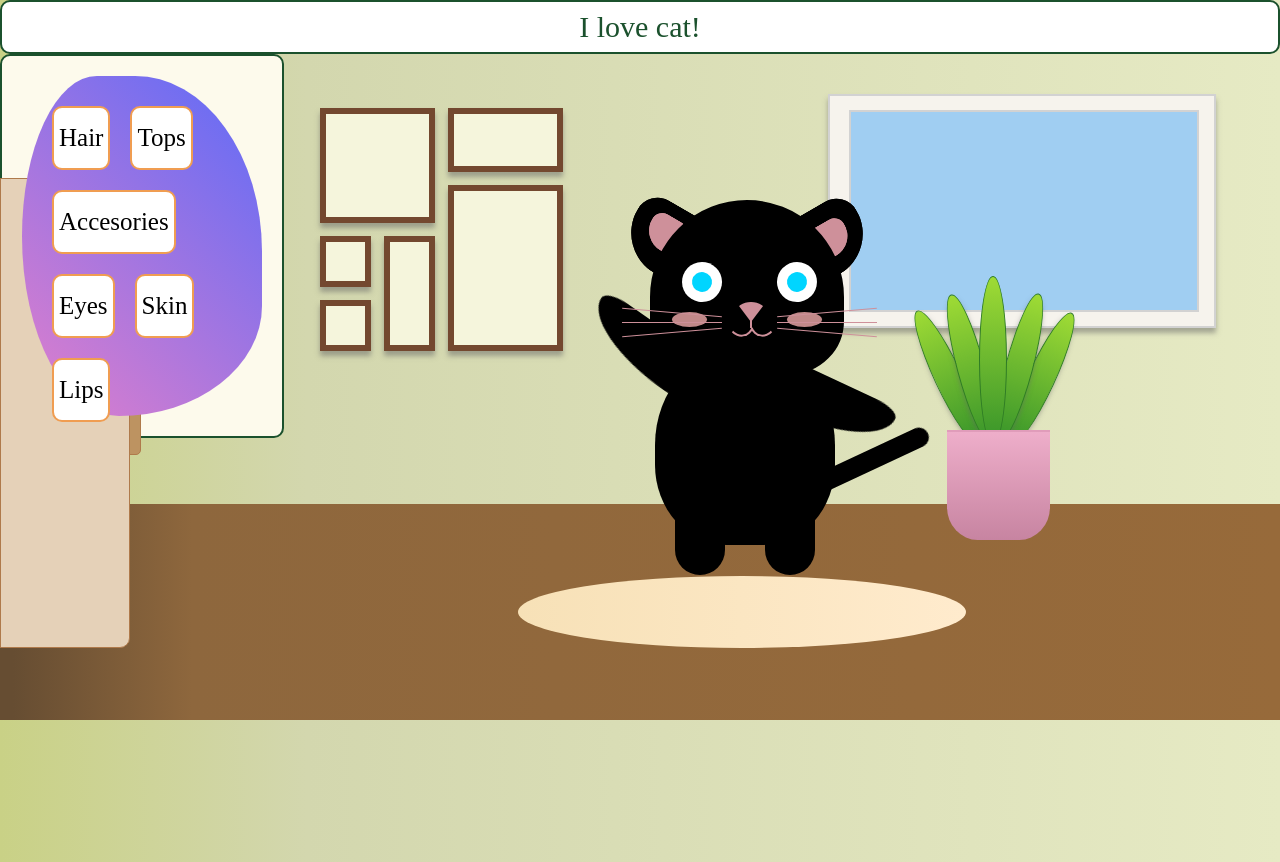
Repository: SandyLy453/COMP-2170-team-project
Page: index.html
These files come from the project's save history. The page is drawn as it stood at one moment and after the next save; the edit follows.
The browser window is 1280 px wide. The pictures show the whole page.

Above is the page before, as saved 2024-05-04 04:06:37.

### index.html
<!DOCTYPE html>
<html lang="en">
<head>
    <meta charset="UTF-8">
    <meta name="viewport" content="width=device-width, initial-scale=1.0">
    <title>Team Project: Doll Dress-Up Game</title>
    <link rel="stylesheet" href="styles.css" />
</head>
<body>
    <main class="main-area">
        <div class="background">
            <div class="floor"></div>
            <div class="closet">
                <div class="openner"></div>
            </div>
            <div class="carpet"></div>
            <div class="window">
                <div class="outside"></div>
            </div>
            <div class="plantPot">
                <div class="leaves">
                    <div class="plant"></div>
                    <div class="plant-left-one"></div>
                    <div class="plant-right-one"></div>
                    <div class="plant-left-two"></div>
                    <div class="plant-right-two"></div>
                </div>
                <div class="pot"></div>
            </div>
            <div class="picturesCombo">
                <div class="pictures-one">
                    <div class="pic-one"></div>
                </div>
                <div class="pictures-two">
                    <div class="pic-two"></div>
                </div>
                <div class="pictures-three">
                    <div class="pic-three"></div>
                </div>
                <div class="pictures-four">
                    <div class="pic-four"></div>
                </div>
                <div class="pictures-five">
                    <div class="pic-five"></div>
                </div>
                <div class="pictures-six">
                    <div class="pic-six"></div>
                </div>
            </div>
        </div>

        <div class="character">
            <div class="cat">
                <div class="cat-head">
                    <div class="ears">

                        <div class="left-ear">
                            <div class="left-inner-ear">
                            </div>
                        </div>

                        <div class="right-ear">
                            <div class="right-inner-ear">
                            </div>
                        </div>
                    </div>

                    <div class="cat-eyes">
                        <div class="left-eye">
                            <div class="left-inner-eye">
                            </div>
                        </div>
                        <div class="right-eye">
                            <div class="right-inner-eye">
                            </div>
                        </div>
                    </div>
                    <div class="blush">
                        <div class="left-blush"></div>
                        <div class="right-blush"></div>
                    </div>

                    <div class="cat-nose"></div>

                    <div class="cat-mouth">
                        <div class="middle-line"></div>
                        <div class="left-line"></div>
                        <div class="right-line"></div>
                    </div>

                    <div class="cat-whiskers-left">
                        <div class="whisker-left-top"></div>
                        <div class="whisker-left-middle"></div>
                        <div class="whisker-left-bottom"></div>
                    </div>
                    <div class="cat-whiskers-right">
                        <div class="whisker-right-top"></div>
                        <div class="whisker-right-middle"></div>
                        <div class="whisker-right-bottom"></div>
                    </div>
                </div>

                <div class="cat-body">
                    <div class="arm left-arm"></div>
                    <div class="arm right-arm"></div>
                    <div class="foot left-foot"></div>
                    <div class="foot right-foot"></div>
                    <div class="tail"></div>
                </div>
            </div>
        </div>
        <div class="heading">I love cat!</div>
    <div class="choose">
    <div class="shape">
        <button type="button" class="b" onclick="chngehair()">Hair</button>
        <button type="button" class="b" onclick="chngetop()">Tops</button>
        <button type="button" class="b" onclick="chngeacc()">Accesories</button>
        <button type="button" class="b" onclick="chngeeye()">Eyes</button>
        <button type="button" class="b" onclick="chngeskin()">Skin</button>
        <button type="button" class="b" onclick="chngelip()">Lips</button>
    </div>
    </div>
</div>
    </main>
    <script src="script.js"></script>
</body>
</html>

### styles.css
body {
    margin: 0;
    width: 100vw;
    height: 100vh;
    background: linear-gradient(90deg, rgba(201,209,134,1) 0%, rgba(211,215,174,1) 24%, rgba(230,234,196,1) 100%);
}

/* Background styling */

.background {
    z-index: -100;
    overflow:hidden;
}

.floor {
    position: absolute;
    bottom: 0;
    width: 100vw;
    height: 30vh;
    background: linear-gradient(90deg, rgba(102,77,50,1) 1%, rgb(142, 103, 61) 15%, rgba(151,106,58,1) 100%);
    z-index: -2;
}

.closet {
    position: absolute;
    bottom: 10vh;
    left: 0;
    width: 10vw;
    height: 65vh;
    background-color: rgb(229, 209, 184);
    border-radius: 0 10px 10px 0;
    border: 1px solid rgb(175, 122, 75);
}

.openner {
    position: relative;
    width: 0.75vw;
    height: 8vh;
    left: 10vw;
    bottom: -30vh;
    background-color: rgb(189, 147, 97);
    border: 1px solid rgb(175, 122, 75);
    border-radius: 0 5px 5px 0;
}

.carpet {
    width: 35vw;
    height: 10vh;
    border-radius: 50%;
    background: linear-gradient(90deg, rgba(247,225,183,1) 0%, rgba(255,235,205,1) 100%);
    position: absolute;
    bottom: 10vh;
    right: 24.5vw;
}

.window {
    width: 30vw;
    height: 32vh;
    background-color: rgb(246, 243, 237);
    position: absolute;
    right: 5vw;
    top: 13vh;
    border: 2px solid rgb(210, 210, 210);
    box-shadow: 0 5px 5px rgba(100, 100, 100, 0.5);
    z-index: -10;
}

.outside {
    width: 27vw;
    height: 27.5vh;
    background-color: rgb(160, 206, 242);
    position: relative;
    left: 1.5vw;
    top: 2vh;
    border: 2px solid rgb(210, 210, 210)
}

.plantPot {
    position: absolute;
    right: 18vw;
    bottom: 25vh;
}

.pot {
    width: 8vw;
    height: 15vh;
    background: linear-gradient(180deg, rgba(238,174,202,1) 0%, rgba(199,132,161,1) 100%);
    border-bottom-left-radius: 30%;
    border-bottom-right-radius: 30%;
    border-top: 2px solid rgb(224, 156, 186);
    z-index: 2;
}

.leaves {
    position: relative;
    top: 60vh;
    left: 0.5vw;
}

.plant {
    height: 23vh;
    width: 2vw;
    background: linear-gradient(0deg, rgba(55,148,42,1) 0%, rgba(159,219,53,1) 100%);
    z-index: -1;
    position: relative;
    top: 25vh;
    left: 2vw;
    border-radius: 100%;
    border: 1px solid rgb(47, 124, 37);
}

.plant-left-one {
    height: 21vh;
    width: 2vw;
    background: linear-gradient(0deg, rgba(55,148,42,1) 0%, rgba(159,219,53,1) 100%);
    z-index: -2;
    position: relative;
    top: 4vh;
    left: 0.25vw;
    border-radius: 100%;
    border: 1px solid rgb(47, 124, 37);
    transform: rotate(-15deg);
    box-shadow: 0 5px 5px rgba(100, 100, 100, 0.5);
}

.plant-right-one {
    height: 21vh;
    width: 2vw;
    background: linear-gradient(0deg, rgba(55,148,42,1) 0%, rgba(159,219,53,1) 100%);
    z-index: -3;
    position: relative;
    top: -17.5vh;
    left: 4vw;
    border-radius: 100%;
    border: 1px solid rgb(47, 124, 37);
    transform: rotate(15deg);
    box-shadow: 0 5px 5px rgba(100, 100, 100, 0.5);
}

.plant-left-two {
    height: 20vh;
    width: 2vw;
    background: linear-gradient(0deg, rgba(55,148,42,1) 0%, rgba(159,219,53,1) 100%);
    z-index: -4;
    position: relative;
    top: -37vh;
    left: -1.5vw;
    border-radius: 100%;
    border: 1px solid rgb(47, 124, 37);
    transform: rotate(-25deg);
    box-shadow: 0 5px 5px rgba(100, 100, 100, 0.5);
}

.plant-right-two {
    height: 20vh;
    width: 2vw;
    background: linear-gradient(0deg, rgba(55,148,42,1) 0%, rgba(159,219,53,1) 100%);
    z-index: -5;
    position: relative;
    top: -57vh;
    left: 5.75vw;
    border-radius: 100%;
    border: 1px solid rgb(47, 124, 37);
    transform: rotate(25deg);
    box-shadow: 0 5px 5px rgba(100, 100, 100, 0.5);
}

.picturesCombo {
    position: absolute;
    left: 25vw;
    top: 15vh;
    z-index: -10;
}

.pictures-one {
    position: relative;
    width: 9vw;
    height: 9vw;
    background-color: rgb(115, 72, 47);
    box-shadow: 0 5px 5px rgba(100, 100, 100, 0.5);
}

.pictures-two {
    position: relative;
    top: 1vw;
    width: 4vw;
    height: 4vw;
    background-color: rgb(115, 72, 47);
    box-shadow: 0 5px 5px rgba(100, 100, 100, 0.5);
}

.pictures-three {
    position: relative;
    top: 2vw;
    width: 4vw;
    height: 4vw;
    background-color: rgb(115, 72, 47);
    box-shadow: 0 5px 5px rgba(100, 100, 100, 0.5);
}

.pictures-four {
    position: relative;
    top: -7vw;
    left: 5vw;
    width: 4vw;
    height: 9vw;
    background-color: rgb(115, 72, 47);
    box-shadow: 0 5px 5px rgba(100, 100, 100, 0.5);
}

.pictures-five {
    position: relative;
    top: -26vw;
    left: 10vw;
    width: 9vw;
    height: 5vw;
    background-color: rgb(115, 72, 47);
    box-shadow: 0 5px 5px rgba(100, 100, 100, 0.5);
}

.pictures-six {
    position: relative;
    top: -25vw;
    left: 10vw;
    width: 9vw;
    height: 13vw;
    background-color: rgb(115, 72, 47);
    box-shadow: 0 5px 5px rgba(100, 100, 100, 0.5);
}

.pic-one {
    position: relative;
    width: 8vw;
    height: 8vw;
    background-color: beige;
    top: 0.5vw;
    left: 0.5vw;
}

.pic-two {
    position: relative;
    width: 3vw;
    height: 3vw;
    background-color: beige;
    top: 0.5vw;
    left: 0.5vw;
}

.pic-three {
    position: relative;
    width: 3vw;
    height: 3vw;
    background-color: beige;
    top: 0.5vw;
    left: 0.5vw;
}

.pic-four {
    position: relative;
    width: 3vw;
    height: 8vw;
    background-color: beige;
    top: 0.5vw;
    left: 0.5vw;
}

.pic-five {
    position: relative;
    width: 8vw;
    height: 4vw;
    background-color: beige;
    top: 0.5vw;
    left: 0.5vw;
}

.pic-six {
    position: relative;
    width: 8vw;
    height: 12vw;
    background-color: beige;
    top: 0.5vw;
    left: 0.5vw;
}



/* Cat styling */

.cat-head {
    position: absolute;
    right: 0;
    left: 650px;
    top: 200px;
    bottom: 0;
    background-color: black;
    width: 190px;
    height: 170px;
    border: 2px solid black;
    border-radius: 100px 100px 55px 55px;
}

.left-ear {
    position: absolute;
    z-index: -1;
    top: 0;
    left: -25px;
    border-top-left-radius: 80px;
    border-top-right-radius: 40px;
    transform: rotate(-60deg);
    border-left: 35px solid black;
    border-right: 35px solid black;
    border-bottom: 70px solid black;
}

.right-ear {
    position: absolute;
    z-index: -1;
    top: 1px;
    left: 145px;
    border-top-left-radius: 40px;
    border-top-right-radius: 80px;
    transform: rotate(60deg);
    border-left: 35px solid black;
    border-right: 35px solid black;
    border-bottom: 70px solid black;
}

.left-inner-ear {
    position: absolute;
    top: 0;
    left: -30px;
    transform: scale(0.5);
    border-top-left-radius: 80px;
    border-top-right-radius: 40px;
    border-bottom-right-radius: 40%;
    border-bottom-left-radius: 40%;
    border-left: 35px solid rgb(206, 144, 154);
    border-right: 35px solid rgb(206, 144, 154);
    border-bottom: 70px solid rgb(206, 144, 154);
}

.right-inner-ear {
    position: absolute;
    top: 0px;
    left: -35px;
    transform: scale(0.5);
    border-top-left-radius: 40px;
    border-top-right-radius: 80px;
    border-bottom-right-radius: 40%;
    border-bottom-left-radius: 40%;
    border-left: 35px solid rgb(206, 144, 154);
    border-right: 35px solid rgb(206, 144, 154);
    border-bottom: 70px solid rgb(206, 144, 154);
}

.left-eye {
    position: absolute;
    top: 60px;
    left: 30px;
    border-radius: 60%;
    transform: rotate(10deg);
    width: 40px;
    height: 40px;
    background-color: white;
}

.right-eye {
    position: absolute;
    top: 60px;
    left: 125px;
    border-radius: 60%;
    transform: rotate(-10deg);
    width: 40px;
    height: 40px;
    background-color: white;
}

.left-inner-eye {
    position: absolute;
    top: 0px;
    left: 0px;
    border-radius: 60%;
    transform: scale(0.5);
    width: 40px;
    height: 40px;
    background-color: rgb(0, 213, 255);
}

.right-inner-eye {
    position: absolute;
    top: 0px;
    left: 0px;
    border-radius: 60%;
    transform: scale(0.5);
    width: 40px;
    height: 40px;
    background-color: rgb(0, 213, 255);
}

.cat-nose {
    position: absolute;
    top: 100px;
    left: 84px;
    border-top-left-radius: 50%;
    border-top-right-radius: 50%;
    border-bottom-right-radius: 50%;
    border-bottom-left-radius: 50%;
    transform: rotate(180deg);
    border-left: 15px solid transparent;
    border-right: 15px solid transparent;
    border-bottom: 20px solid rgb(206, 144, 154);
}

/* .blush {
    width: 35px;
    height: 35px;
    background-color: rgb(206, 144, 154);
    border-radius: 100px;
} */

.left-blush {
    position: absolute;
    width: 35px;
    height: 15px;
    background-color: #e1a0a0db;
    border-radius: 50%;
    top: 110px;
    left: 20px;
}

.right-blush {
    position: absolute;
    width: 35px;
    height: 15px;
    background-color: #e1a0a0db;
    border-radius: 50%;
    top: 110px;
    left: 135px;
}

.left-line {
    position: absolute;
    top: 81px;
    left: 69.5px;
    width: 30px;
    height: 50px;
    border: 2px solid rgb(206, 144, 154);
    border-radius: 80%;
    transform: rotate(170deg);
    border-color: rgb(206, 144, 154) transparent transparent transparent;
}

.middle-line {
    position: absolute;
    top: 120px;
    left: 94px;
    width: 10px;
    height: 2px;
    background-color: rgb(206, 144, 154);
    transform: rotate(90deg);
}

.right-line {
    position: absolute;
    top: 81px;
    left: 95.5px;
    width: 30px;
    height: 50px;
    border: 2px solid rgb(206, 144, 154);
    border-radius: 80%;
    transform: rotate(190deg);
    border-color: rgb(206, 144, 154) transparent transparent transparent;
}

.whisker-left-top {
    position: absolute;
    top: 110px;
    left: -30px;
    transform: rotate(5deg);
    width: 100px;
    height: 1px;
    background-color: rgb(206, 144, 154);
}

.whisker-left-middle {
    position: absolute;
    top: 120px;
    left: -30px;
    transform: rotate(0deg);
    width: 100px;
    height: 1px;
    background-color: rgb(206, 144, 154);
}

.whisker-left-bottom {
    position: absolute;
    top: 130px;
    left: -30px;
    transform: rotate(-5deg);
    width: 100px;
    height: 1px;
    background-color: rgb(206, 144, 154);
}

.whisker-right-top {
    position: absolute;
    top: 110px;
    left: 125px;
    transform: rotate(-5deg);
    width: 100px;
    height: 1px;
    background-color: rgb(206, 144, 154);
}

.whisker-right-middle {
    position: absolute;
    top: 120px;
    left: 125px;
    transform: rotate(0deg);
    width: 100px;
    height: 1px;
    background-color: rgb(206, 144, 154);
}

.whisker-right-bottom {
    position: absolute;
    top: 130px;
    left: 125px;
    transform: rotate(5deg);
    width: 100px;
    height: 1px;
    background-color: rgb(206, 144, 154);
}

.cat-body {
    position: absolute;
    width: 180px;
    height: 200px;
    border-left: 80px;
    border-right: 80px;
    top: 345px;
    left: 655px;
    background-color: black;
    border-top-left-radius: 100%;
    border-top-right-radius: 100%;
    border-bottom-left-radius: 80%;
    border-bottom-right-radius: 80%;
}

.arm {
    width: 50px;
    height: 130px;
    background-color: black;
    border-radius: 30% 30% 30% 120%;
    z-index: -2;
}

.left-arm {
    position: absolute;
    top: 60px;
    left: 30px;
    transform-origin: top left;
    transform: rotate(110deg) scaleX(-1);
    animation: 8s linear infinite wave;
}

.right-arm {
    position: absolute;
    top: -5px;
    left: 150px;
    transform: rotate(-65deg);
}

.foot {
    background-color: black;
    height: 80px;
    width: 50px;
    border-left: 100px;
    border-right: 100px;
    border-radius: 0 0 50px 50px;
}

.left-foot {
    position: absolute;
    top: 150px;
    left: 20px;
}

.right-foot {
    position: absolute;
    top: 150px;
    left: 110px;
}

.tail {
    position: absolute;
    width: 150px;
    height: 20px;
    border-radius: 0 20px 20px 0;
    background-color: black;
    top: 110px;
    left: 130px;
    transform: rotate(-25deg);
    animation: 5s linear infinite move;
}

@keyframes wave {
    10%, 30%, 50%, 70%, 90% {
      transform: rotate(110deg) scaleX(-1);
    }
    0%, 20%, 40%, 60%, 80%, 100% {
      transform: rotate(130deg) scaleX(-1);
    }
  }

@keyframes move {
    0%, 100% {
        transform: rotate(-25deg);
    }
    50% {
        transform: rotate(-35deg);
    }
}

/*Menu bar*/

.heading{
    background-color:white;
    padding:8px;
    border:2px solid #1B512D;
    border-radius: 10px;
    color:#1B512D;
    text-align: center;
    position: relative;
    bottom:0;
    font-family: 'Cinzel Decorative', cursive;
    font-size:30px;
}

.choose{
    background-color: #FDFAEC;
    padding: 20px;
    text-align: center;
    display:flex;
    flex-wrap: wrap;
    width:15rem;
    border:2px solid #1B512D;
    border-radius: 10px;
}

.shape {
 	background: linear-gradient(45deg, #88D5BF 0%, #5D6BF8 100%);
  animation: morph 8s ease-in-out infinite;
  border-radius: 60% 40% 30% 70% / 60% 30% 70% 40%;
  height: 300px;
  transition: all 1s ease-in-out;
  width: 300px;
  z-index: 5;
  padding: 20px;
  text-align: center;
  display:flex;
  flex-wrap: wrap;
}

@keyframes morph {
  0% {
			border-radius:  60% 40% 30% 70% / 60% 30% 70% 40%;
			background: linear-gradient(45deg, #88D5BF 0%,#5D6BF8 100%);
	}

	50% {
			border-radius:  30% 60% 70% 40% / 50% 60% 30% 60%;
			background: linear-gradient(45deg, #e27fcb 0%, #5D6BF8 100%);
	}

	100% {
		border-radius:  60% 40% 30% 70% / 60% 30% 70% 40%;
		background: linear-gradient(45deg, #88D5BF 0%, #5D6BF8 100%);
	}
}


.b{
    background-color: white;
    border:2px solid #F09D51;
    border-radius: 10px;
    color:#000000;
    padding: 5px;
    font-size: 25px;
    margin: 10px;
    font-family: 'Courgette', cursive;;
    height:5cqmax;
    width: fit-content;

}

### script.js
const shirts = ["shirt1","shirt2","shirt3","shirt4", "shirt5"]

const bottoms = ["bottom1","bottom2","bottom3","bottom4", "bottom5"]

const accessories = ["acc1","acc2","acc3","acc4", "acc5"]

After the next save:
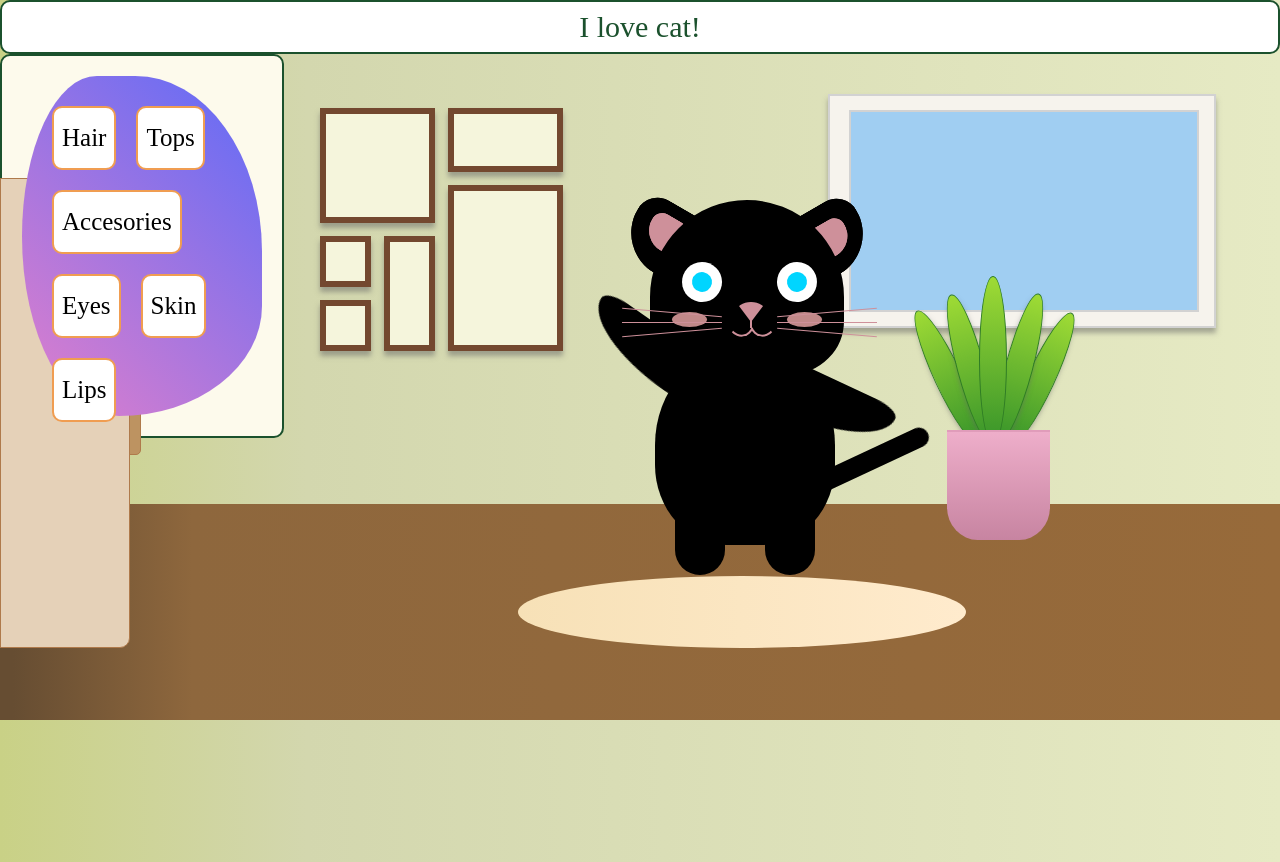
Saved 17 s later.
--- a/styles.css
+++ b/styles.css
@@ -685,7 +685,7 @@ body {
     border:2px solid #F09D51;
     border-radius: 10px;
     color:#000000;
-    padding: 5px;
+    padding: 8px;
     font-size: 25px;
     margin: 10px;
     font-family: 'Courgette', cursive;;
